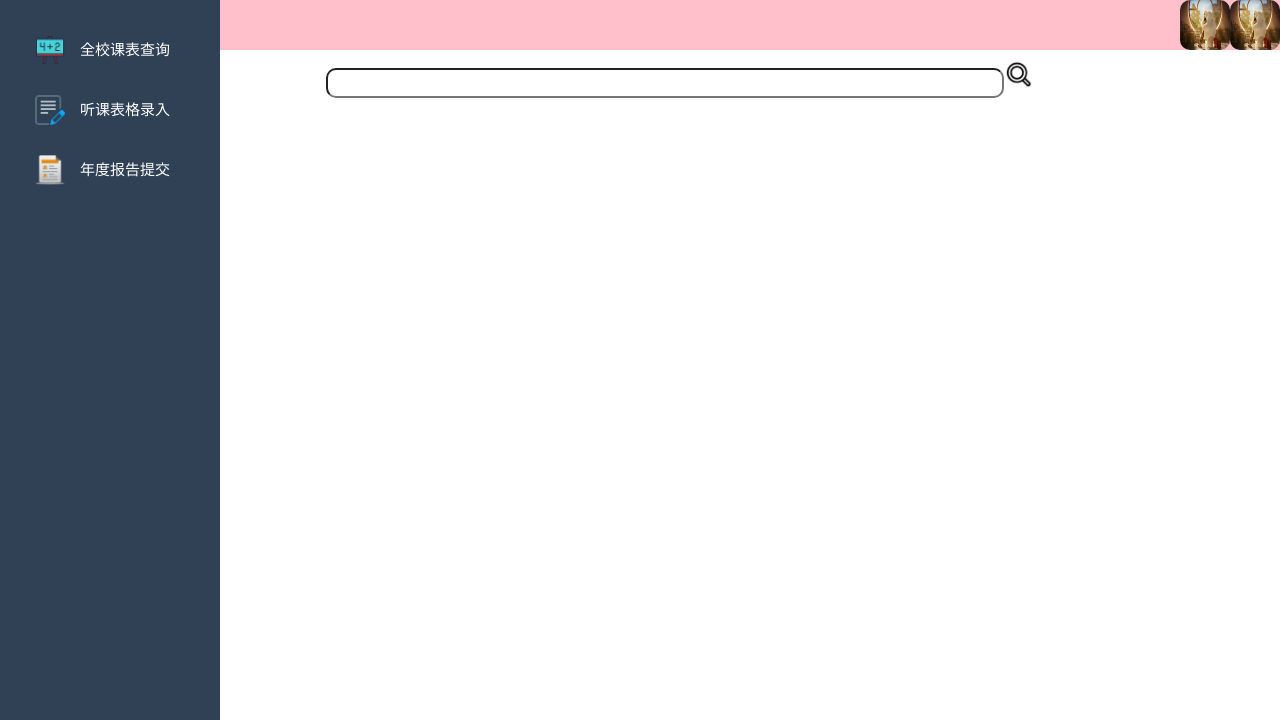
Repository: shandamengcheng/graduate-project
Page: /home
These files come from the project's save history. The page is drawn as it stood at one moment and after the next save; the edit follows.
The browser window is 1280 px wide. The pictures show the whole page.
The project was rebuilt for these pictures with package versions that can differ from the ones it lists, and the page was loaded fresh each time. Also part of the build but not shown: src/views/Login.vue.

Above is the page before, as saved 2021-03-12 21:30:56.

### src/App.vue
<template>
  <div id="app">
    <router-view/>
  </div>
</template>

<style>
* {
  margin: 0;
  padding: 0;
  -webkit-box-sizing: inherit;
  box-sizing: inherit;
}

#app, html, body{
  font-family: Avenir, Helvetica, Arial, sans-serif;
  -webkit-font-smoothing: antialiased;
  -moz-osx-font-smoothing: grayscale;
  text-align: center;
  color: #2c3e50;
  height: 100%;
  overflow: hidden;
}

</style>

### src/router/index.js
import Vue from 'vue'
import VueRouter from 'vue-router'
import Home from '../views/Home.vue'
import Login from '../views/Login.vue';
import Search from '../components/Search.vue';

Vue.use(VueRouter)

const routes = [
  {
    path: '/',
    name: 'Login',
    component: Login
  },
  {
    path: '/home',
    name: Home,
    component: Home,
    children:[
      {
        path: '/',
        name: 'Search',
        component: Search,
      },
      {
        path: 'search',
        name: 'Search',
        component: Search,
      }
    ]
  }
]

const router = new VueRouter({
  mode: 'history',
  base: process.env.BASE_URL,
  routes
})

export default router

### src/views/Home.vue
<template>
  <div class="home">
    <SideBar />
    <div class="main">
      <NavigationBar />
      <router-view />
      <!-- <Search /> -->
    </div>
  </div>
</template>

<script>
// @ is an alias to /src
import Login from "@/views/Login";
import SideBar from "@/components/SideBar";
import NavigationBar from "@/components/NavigationBar";
import Search from "@/components/Search";

export default {
  name: "Home",
  components: {
    Login,
    SideBar,
    NavigationBar,
    Search,
  },
};
</script>

<style scoped>
.home {
  min-height: 100%;
  width: 100%;
  display: flex;
  flex-direction: row;
  /* background-color: #2d3a4b;
    color: white; */
  overflow: hidden;
}
.main {
  width: calc(100% - 220px);
  min-width: 600px;
}
</style>

### src/components/Search.vue
<template>
  <div class="search">
    <input type="search" />
    <img src="@/assets/search.png" >
  </div>
</template>

<script>
export default {
  name: "Search",
};
</script>

<style scoped>
.search {
  width: 80%;
  margin: auto;
  height: 30px;
  margin-top: 10px;
  text-align: left;
  font-size: 0;
}
.search input {
  display: inline-block;
  width: 80%;
  height: 30px;
  line-height: 30px;
  margin: auto;
  border-radius: 10px;
  outline: none;
  font-size: 20px;
  padding: 0 5px;
  box-sizing: border-box;
}
.search img {
  display: inline-block;
  width: 30px;
  height: 30px;
}
</style>

### src/components/SideBar.vue
<template>
  <div class="sidebar">
    <SideBarItem>
      <img src="@/assets/class.png">
      <div>全校课表查询</div>
    </SideBarItem>
    <SideBarItem>
      <img src="@/assets/sheet.png">
      <div>听课表格录入</div>
    </SideBarItem>
    <SideBarItem>
      <img src="@/assets/report.png">
      <div>年度报告提交</div>
    </SideBarItem>
  </div>
</template>

<script>
import SideBarItem from "@/components/SideBarItem";

export default {
  name: "SideBar",
  components: {
    SideBarItem,
  },

}
</script>

<style scoped>
.sidebar {
  width: 220px;
  min-width: 220px;
  height: 100vh;
  background: #304156;
  color: white;
  font-size: 15px;
  text-align: center;
  display: flex;
  flex-direction: column;
  padding-top: 20px;
}
</style>

### src/components/NavigationBar.vue
<template>
  <div class="navbar">
    <img src="@/assets/bai.jpg" class="avatar-img">
    <img src="@/assets/bai.jpg" class="avatar-submenu">
  </div>
</template>

<script>
export default {
  name: "NavigationBar",
}
</script>

<style scoped>
.navbar {
  width: 100%;
  height: 50px;
  background: pink;
  display: flex;
  justify-content: flex-end;
}
.navbar img {
  display: inline-block;
  height: 100%;
  width: 50px;
  border-radius: 10px;
}
</style>

### src/components/SideBarItem.vue
<template>
  <div class="sidebar-item" @click="showSearchView">
    <slot>默认列表项</slot>
  </div>
</template>

<script>
export default {
  name: "SideBarItem",
  methods: {
    showSearchView: function() {
      this.$router.push('/home/search');
    }
  }
}
</script>

<style scoped>
.sidebar-item {
  height: 60px;
  padding: 0 10px;
  line-height: 60px;
  border: none;
  outline: none;
  cursor: pointer;
  display: flex;
  justify-content: center;
}
.sidebar-item img {
  /* display: inline-block; */
  align-self: center;
  height: 50%;
  vertical-align: middle;
  width: 15%;
  /* margin-right: 5px; */
}
.sidebar-item div {
  width: 60%;
  /* display: inline-block; */
}
</style>

Loaded but not shown: public/index.html (common file); src/main.js (common file); src/store/index.js (common file)

After the next save:
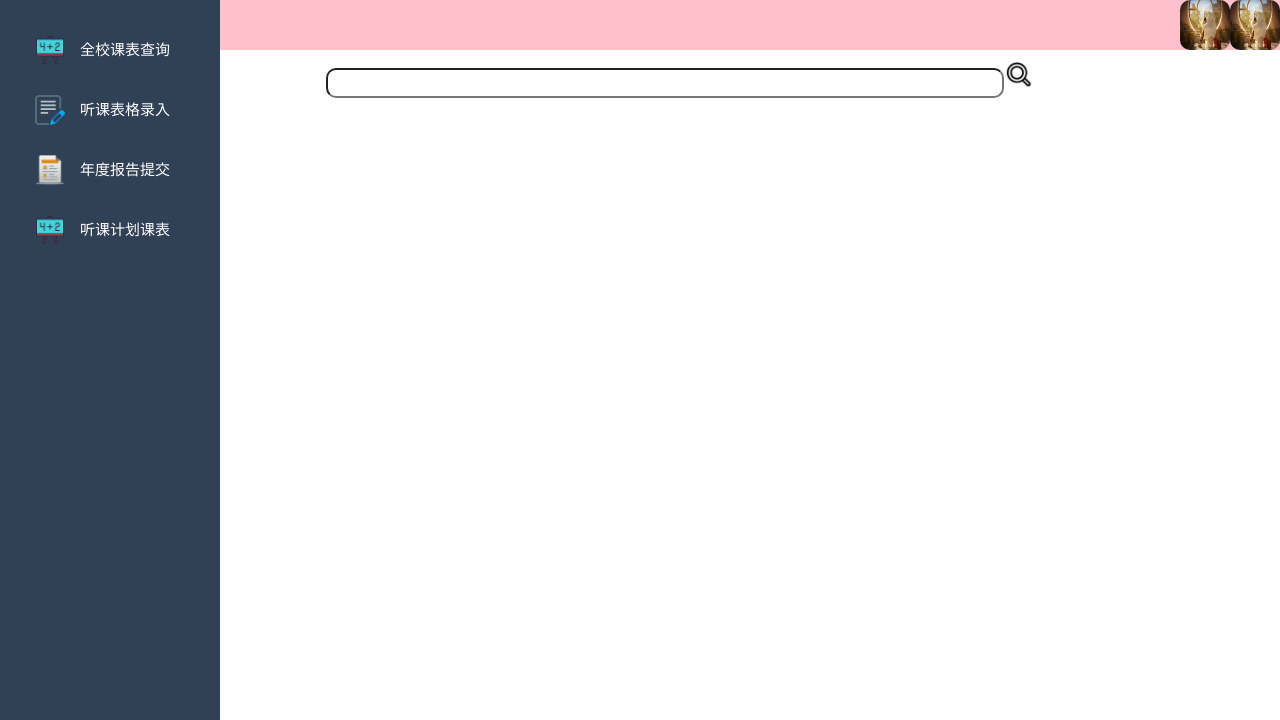
Saved 4 min 0 s later.
--- a/src/components/SideBar.vue
+++ b/src/components/SideBar.vue
@@ -11,6 +11,10 @@
     <SideBarItem>
       <img src="@/assets/report.png">
       <div>年度报告提交</div>
+    </SideBarItem>
+     <SideBarItem>
+      <img src="@/assets/class.png">
+      <div>听课计划课表</div>
     </SideBarItem>
   </div>
 </template>
